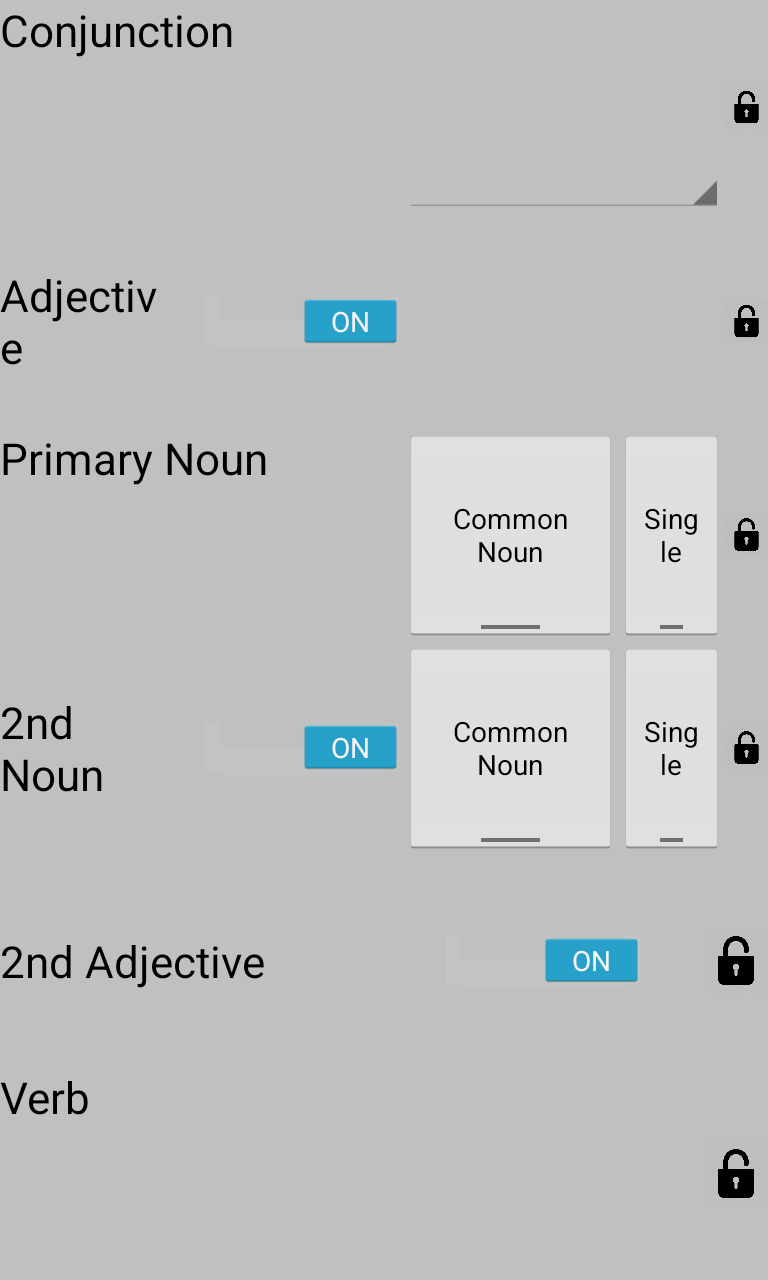
Repository: TheDizzler/TableTopTools
Layout: RPGTools/res/layout/fragment_cause_controls.xml
The author's editor kept a copy of each file at every save. The layout is drawn from the files as they stood at one save, then again after the next save.
It is drawn on a 768 x 1280 px phone screen (xhdpi) without system bars, with theme AppTheme; the app's code is not run.

Above is the layout before, as saved 2017-03-22 09:37:08.

After the next save:
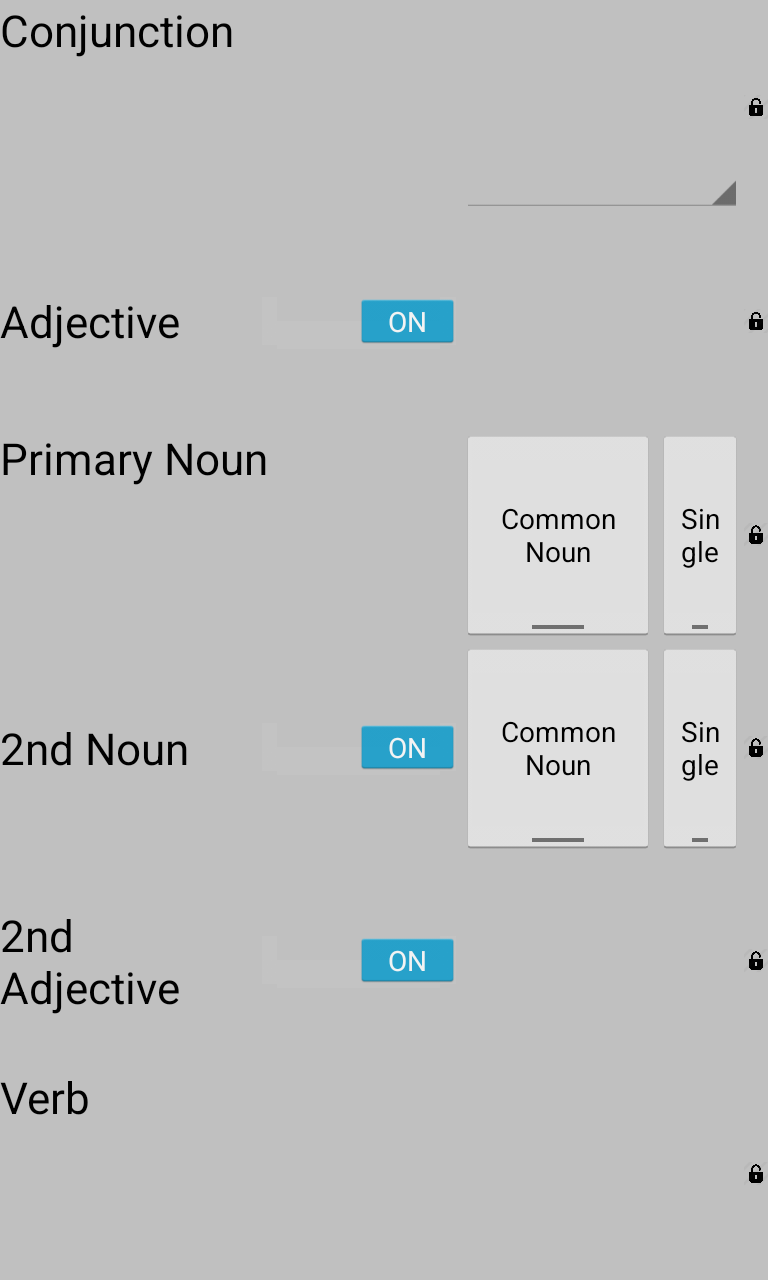
Saved 14 s later.
--- a/RPGTools/res/layout/fragment_cause_controls.xml
+++ b/RPGTools/res/layout/fragment_cause_controls.xml
@@ -64,16 +64,17 @@
             android:id="@+id/spacer1"
             android:layout_width="wrap_content"
             android:layout_height="match_parent"
-            android:visibility="invisible"
-            android:layout_span="1"
-            android:layout_weight="1"/>
+            android:layout_span="1"
+            android:layout_weight="1"
+            android:visibility="invisible" />
+
         <Spinner
             android:id="@+id/spacer2"
             android:layout_width="wrap_content"
             android:layout_height="match_parent"
-            android:visibility="invisible"
-            android:layout_span="1"
-            android:layout_weight="1" />
+            android:layout_span="1"
+            android:layout_weight="1"
+            android:visibility="invisible" />
 
         <ImageView
             android:id="@+id/lockBtn_primaryAdj"
@@ -182,7 +183,7 @@
             android:id="@+id/switch_secondaryAdjective"
             android:layout_width="wrap_content"
             android:layout_height="match_parent"
-            android:layout_span="3"
+            android:layout_span="1"
             android:layout_weight="1"
             android:checked="true"
             android:text="2nd Adjective"
@@ -192,17 +193,18 @@
             android:id="@+id/spacer3"
             android:layout_width="wrap_content"
             android:layout_height="match_parent"
-            android:visibility="invisible"
-            android:layout_span="1"
-            android:layout_weight="1" />
+            android:layout_span="1"
+            android:layout_weight="1"
+            android:visibility="invisible" />
 
         <Spinner
             android:id="@+id/spacer4"
             android:layout_width="wrap_content"
             android:layout_height="match_parent"
-            android:visibility="invisible"
-            android:layout_span="1"
-            android:layout_weight="1" />
+            android:layout_span="1"
+            android:layout_weight="1"
+            android:visibility="invisible" />
+
         <ImageView
             android:id="@+id/lockBtn_secondaryAdjective"
             android:layout_width="32dp"
@@ -223,7 +225,7 @@
             android:id="@+id/textView_causeVerb"
             android:layout_width="wrap_content"
             android:layout_height="match_parent"
-            android:layout_span="3"
+            android:layout_span="1"
             android:layout_weight="1"
             android:text="Verb"
             android:textAppearance="?android:attr/textAppearanceLarge" />
@@ -232,17 +234,17 @@
             android:id="@+id/spacer5"
             android:layout_width="wrap_content"
             android:layout_height="match_parent"
-            android:visibility="invisible"
-            android:layout_span="1"
-            android:layout_weight="1" />
+            android:layout_span="1"
+            android:layout_weight="1"
+            android:visibility="invisible" />
 
         <Spinner
             android:id="@+id/spacer6"
             android:layout_width="wrap_content"
             android:layout_height="match_parent"
-            android:visibility="invisible"
-            android:layout_span="1"
-            android:layout_weight="1" />
+            android:layout_span="1"
+            android:layout_weight="1"
+            android:visibility="invisible" />
 
         <ImageView
             android:id="@+id/lockBtn_causeVerb"
